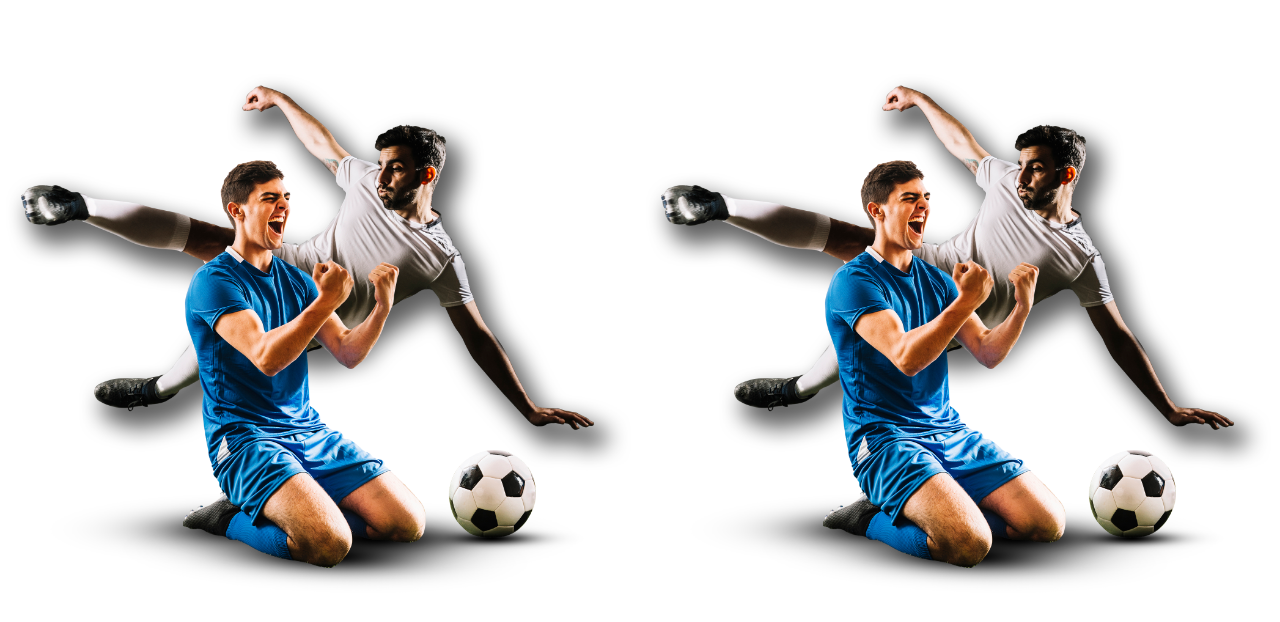
Repository: ritikalohia/tepid-frontend
Page: account.html
These files come from the project's save history. The page is drawn as it stood at one moment and after the next save; the edit follows.
The browser window is 1280 px wide. The pictures show the whole page.

Above is the page before, as saved 2021-06-09 12:19:20.

### account.html
<!DOCTYPE html>
<html lang="en">
<head>
    <meta charset="UTF-8">
    <meta http-equiv="X-UA-Compatible" content="IE=edge">
    <meta name="viewport" content="width=device-width, initial-scale=1.0">
    <link rel="stylesheet" href="style.css">
    <title>Document</title>
</head>
<body>
    <!---account page------>
    <div class="account-page">
        <div class="row">
            <div class="col-2">
                <img src="images/image1.png" width="100%" alt="">
            </div>
            <div class="col-2">
                <img src="images/image1.png" width="100%" alt="">
            </div>

        </div>
    </div>


</body>
</html>

### style.css


*{
    margin: 0;
    padding: 0;
    box-sizing: border-box;
}

body{
    font-family: 'Poppins', sans-serif;
}

.navbar{
    display: flex;
    align-items: center;
    padding: 20px;
}

nav{
    flex: 1;
    text-align: right;
}

nav ul{
    display: inline-block;
    list-style-type: none;
}

nav ul li{
    display: inline-block;
    margin-right: 20px;
}

a{
    text-decoration: none;
    color: #555;
}

p{
    color: #555;
}

.container{
    max-width: 1300px;
    margin: auto;
    padding-left: 25px;
    padding-right: 25px;
}

.row{
    display: flex;
    align-items: center;
    flex-wrap: wrap;
    justify-content: space-around;
}

.col-2{
    flex-basis: 50%;
    min-width: 300px;
}

.col-2 img{
    max-width:100%;
    padding: 50px 0;
}

.col-2 h1{
    font-size: 50px;
    line-height: 60px;
    margin: 25px 0;
}

.btn{
    display: inline-block;
    background: #ff523b;
    color: #fff;
    margin: 30px 0;
    padding: 8px 30px;
    border-radius: 30px;
    transition: background 0.5s;
}

.btn:hover{
     background: #563434;
}

.header{
    background: radial-gradient(#fff, #ffd6d6);
}

.header .row{
    margin-top: 70px;
}

.categories{
    margin: 70px 0;
}

.col-3{
    flex-basis: 30%;
    min-width: 250px;
    margin-bottom: 30px;
}

.col-3 img{
    width: 100%;
}

.small-container{
    max-width: 1080px;
    margin: auto;
    padding-right: 25px;
    padding-left: 25px;
}

.col-4{
    flex-basis: 25%;
    padding: 10px;
    min-width: 200px;
    margin-bottom: 50px;
    transition: transform 0.5s;
}

.col-4 img{
    width: 100%;
}

.title{
    text-align: center;
    margin: 0 auto 80px;
    position: relative;
    line-height: 60px;
    color: #555;
}

.title::after{
    content: '';
    background: #ff523b;
    width: 80px;
    height: 5px;
    border-radius: 5px;
    position: absolute;
    bottom: 0;
    left: 50%;
    transform: translateX(-50%);
}

.title h4{
    color: #555;
    font-weight: normal;
}

.col-4 p{
    font-size: 14px;
}

.rating .fa{
    color: #ff523b;
}

.col-4:hover{
    transform: translateY(-5px);
}

/*----offer----*/
.offer{
    background: radial-gradient(#fff, #ffd6d6);
    margin-top: 80px;
    padding: 30px 0;
}

.col-2 .offer-img{
    padding: 50px;
}

small{
    color: #555;
}

/*Testimonial*/

.testimonial .col-3{
    text-align: center;
    padding: 40px 20px;
    box-shadow: 0 0 20px 0px rgba(0, 0, 0, 0.1);
    cursor: pointer;
    transition: transform 0.5s;
}

.testimonial .col-3 img{
    width: 50px;
    margin-top: 20px;
    border-radius: 50%;
}

.testimonial .col-3:hover{
    transform: translateY(-10px);
}

.fa.fa-qoute-left{
    font-size: 34px;
    color: #ff523b;
}

.col-3 p{
    font-size: 12px;
    margin: 12px 0;
    color: #777;
}

.testimonial .col-4 h3{
    font-weight: 600;
    color:#555;
    font-size: 16px;
}

/*-----------brands--------------*/
.brands{
    margin: 100px auto;
}

.col-5{
    width: 160px;
}

.col-5 img{
    width: 100%;
    cursor: pointer;
    filter: grayscale(100%);
}

.col-5 img:hover{
    filter: grayscale(0);
}


/*-------------footer---------------*/

.footer{
    background: #000;
    color: #8a8a8a;
    font-size: 14px;
    padding: 60px 0 20px;
}

.footer p {
    color: #8a8a8a;
}

.footer h3{
    color: #fff;
    margin-bottom: 20px;
}

.footer-col-1, .footer-col-2, .footer-col-3, .footer-col-4{
    min-width: 250px;
    margin-bottom: 20px;
}

.footer-col-1{
    flex-basis: 30%;
}

.footer-col-2{
    flex: 1;
    text-align: center;
}

.footer-col-2 img{
    width: 180px;
    margin: 20px;
}

.footer-col-3, .footer-col-4{
    flex-basis: 12%;
    text-align: center;
}

ul{
    list-style-type: none;
}

.app-logo{
    margin-top: 20px;
}

.app-logo img{
    width: 140px;
}

.footer hr{
    border: none;
    background: #b5b5b5;
    margin: 20px 0;
    height: 1px;
}

.copyright{
     text-align: center;
}

.menu-icon{
    width: 28px;
    margin-left: 20px;
    display: none;
}


/*-------------media query-------------*/
@media only screen and (max-width:800px){
    nav ul{
        position: absolute;
        top: 70px;
        left: 0;
        background: #333;
        width: 100%;
        overflow: hidden;
        transition: max-height 0.5s;
    }

    nav ul li{
        display: block;
        margin-right: 50px;
        margin-top: 10px;
        margin-bottom: 10px;
    }

    nav ul li a{
        color: #fff;
    }

    .menu-icon{
        display: block;
        cursor: pointer;
    }
}

/* media query for less than 600 screen size */
@media only screen and (max-width:600px){
    .row{
        text-align: center;
    }

    .col-2, .col-3, .col-4{
        flex-basis: 100%;
    }
}




/*  all products page  */
.row-2{
    justify-content: space-between;
    margin: 100px auto 50px;
}

select{
    border: 1px solid #ff523b;
    padding: 5px;
}

select:focus{
    outline: none;
}

.page-btn{
    margin: 0 auto 80px;
}

.page-btn span{
    display: inline-block;
    border: 1px solid #ff523b;
    margin-left: 10px;
    width: 40px;
    height: 40px;
    text-align: center;
    line-height: 40px;
    cursor: pointer;
}


.page-btn span:hover{
    background: #ff523b;
    color: #fff;
}



/*--------Product page---------*/
.single-product{
    margin-top: 80px;
}

.single-product .col-2 img{
    padding: 0;
}

.single-product .col-2{
    padding: 20px;
}

.single-product h4{
    margin: 20px 0;
    font-size: 22px;
    font-weight: bold;
}

.single-product select{
    display: block;
    padding: 10px;
    margin-top: 20px;
}

.single-product input{
    width: 50px;
    height: 40px;
    padding-left: 10px;
    font-size: 20px;
    margin-right: 10px;
    border: 1px solid #ff523b;
}

input:focus{
    outline: none;
}

.single-product .fa{
    color: #ff523b;
    margin-left:  10px;
}

.small-img-row{
    display: flex;
    justify-content: space-around;
}

.small-img-col{
    flex-basis: 24%;
    cursor: pointer;
}

@media only screen and (max-width:600px){

    .single-product{
        text-align: left;
    }

    .single-product .col-2{
        padding: 20px 0;
    }
    .single-product h1{
        font-size: 26px;
        line-height: 22px;
    }
}


/*-------cart items------*/
.cart-page{
    margin: 80px auto;
}

table{
    width: 100%;
    border-collapse: collapse;
}

.cart-info{
    display: flex;
    flex-wrap: wrap;
}

th{
    text-align: left;
    padding: 5px;
    color: #fff;
    background: #ff523b;
    font-weight: normal;
}

td{
    padding: 10px 5px;
}

td input{
    width: 40px;
    height: 30px;
    padding: 5px;
}

td a{
    color: #ff523b;
    font-size: 12px;
}

td img{
    width: 80px;
    height: 80px;
    margin-right: 10px;
}

.total-price{
    display: flex;
    justify-content: flex-end;
}

.total-price table{
    border-top: 3px solid #ff523b;
    width: 100%;
    max-width: 400px;
}

td:last-child{
    text-align: right;
}

th:last-child{
    text-align: right;
}

@media only screen and (max-width:600px){
    .cart-info p{
        display: none;
    }
}

After the next save:
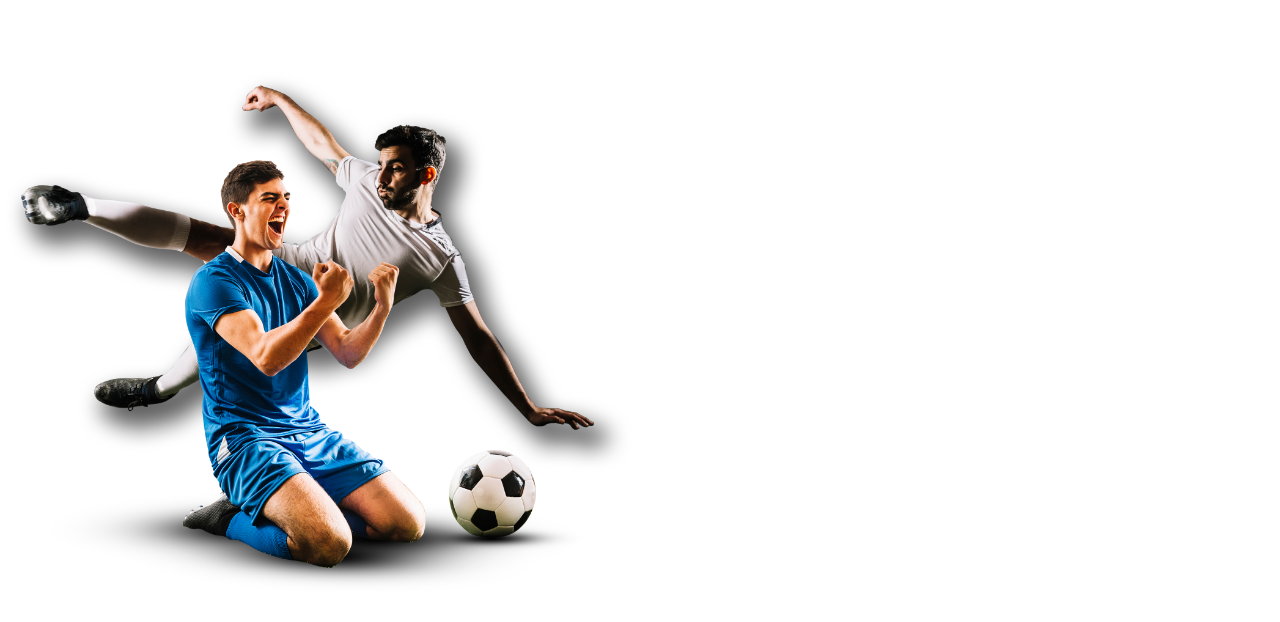
Saved 6 s later.
--- a/account.html
+++ b/account.html
@@ -15,7 +15,7 @@
                 <img src="images/image1.png" width="100%" alt="">
             </div>
             <div class="col-2">
-                <img src="images/image1.png" width="100%" alt="">
+
             </div>
 
         </div>
